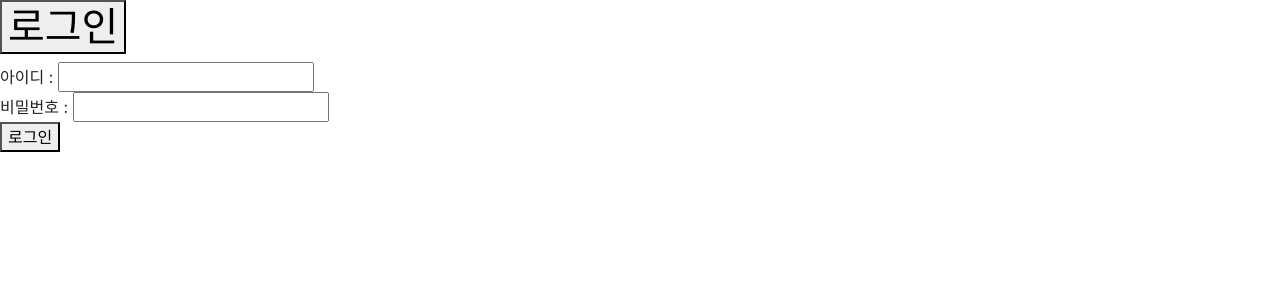
Repository: yuiop241114/MusicCloud
Page: http://localhost/MusicCloud/views/common/loginForm.jsp
These files come from the project's save history. The page is drawn as it stood at one moment and after a run of saves; the edit follows.
The browser window is 1280 px wide. The pictures show the whole page.
The page is served by Tomcat 9. Nobody is signed in. The application's start-up code is not run. Other server files are loaded and not shown.

Above is the page before, as saved 2025-02-22 08:48:09.

### MusicCloud/WebContent/views/common/loginForm.jsp
<%@page import="com.musicCloud.member.model.vo.Member"%>
<%@ page language="java" contentType="text/html; charset=UTF-8"
    pageEncoding="UTF-8"%>
<!DOCTYPE html>
<html>
<head>
<meta charset="UTF-8">
<title>Insert title here</title>
</head>
<body>
	<%@ include file="menubar.jsp" %>
	<form action="<%= contentPath%>/login" method="post">
	아이디 : <input type="text" name="loginId" required> <br>
	비밀번호 : <input type="password" name="loginPwd" required> <br>
	<button type="submit">로그인</button>
	</form>

</body>
</html>

### MusicCloud/WebContent/views/common/menubar.jsp
<%@page import="com.musicCloud.member.model.vo.Member"%>
<%@ page language="java" contentType="text/html; charset=UTF-8"
    pageEncoding="UTF-8"%>
<%
	String contentPath = request.getContextPath();
	Member loginMember = (Member)session.getAttribute("loginMember");
%>
<!DOCTYPE html>
<html>
<head>
<meta charset="UTF-8">
<title>MusicCloud</title>

<!-- Latest compiled and minified CSS -->
<link rel="stylesheet" href="https://cdn.jsdelivr.net/npm/bootstrap@4.6.2/dist/css/bootstrap.min.css">

<!-- jQuery library -->
<script src="https://ajax.googleapis.com/ajax/libs/jquery/3.7.1/jquery.min.js"></script>

<!-- Popper JS -->
<script src="https://cdn.jsdelivr.net/npm/popper.js@1.16.1/dist/umd/popper.min.js"></script>

<!-- Latest compiled JavaScript -->
<script src="https://cdn.jsdelivr.net/npm/bootstrap@4.6.2/dist/js/bootstrap.bundle.min.js"></script>
</head>
<body>
	<% if(loginMember == null){ %>
	<h1><button type="button" onclick="loginFn()">로그인</button></h1>
	<%}else { %>
	<div>
	<%= loginMember.getMemberName()%> 회원 로그인 중
	</div>
	<%} %>

	<script>
		function loginFn(){
			location.href = "<%= contentPath%>/loginForm";
		}
	</script>
</body>
</html>

After the next 2 saves:
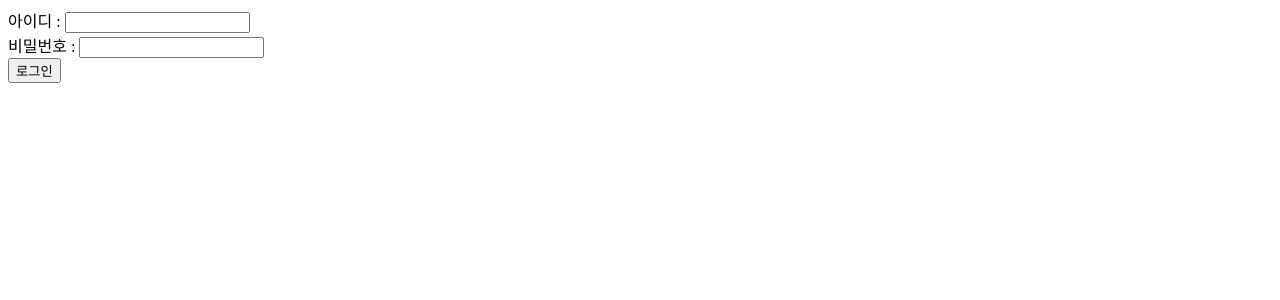
The 2 saves are shown as one change because they came seconds apart.
The last was saved 115 s later.
--- a/MusicCloud/WebContent/views/common/loginForm.jsp
+++ b/MusicCloud/WebContent/views/common/loginForm.jsp
@@ -1,6 +1,10 @@
 <%@page import="com.musicCloud.member.model.vo.Member"%>
 <%@ page language="java" contentType="text/html; charset=UTF-8"
     pageEncoding="UTF-8"%>
+<%
+	String contentPath = request.getContextPath();
+	Member loginMember = (Member)session.getAttribute("loginMember");
+%>
 <!DOCTYPE html>
 <html>
 <head>
@@ -8,7 +12,6 @@
 <title>Insert title here</title>
 </head>
 <body>
-	<%@ include file="menubar.jsp" %>
 	<form action="<%= contentPath%>/login" method="post">
 	아이디 : <input type="text" name="loginId" required> <br>
 	비밀번호 : <input type="password" name="loginPwd" required> <br>
